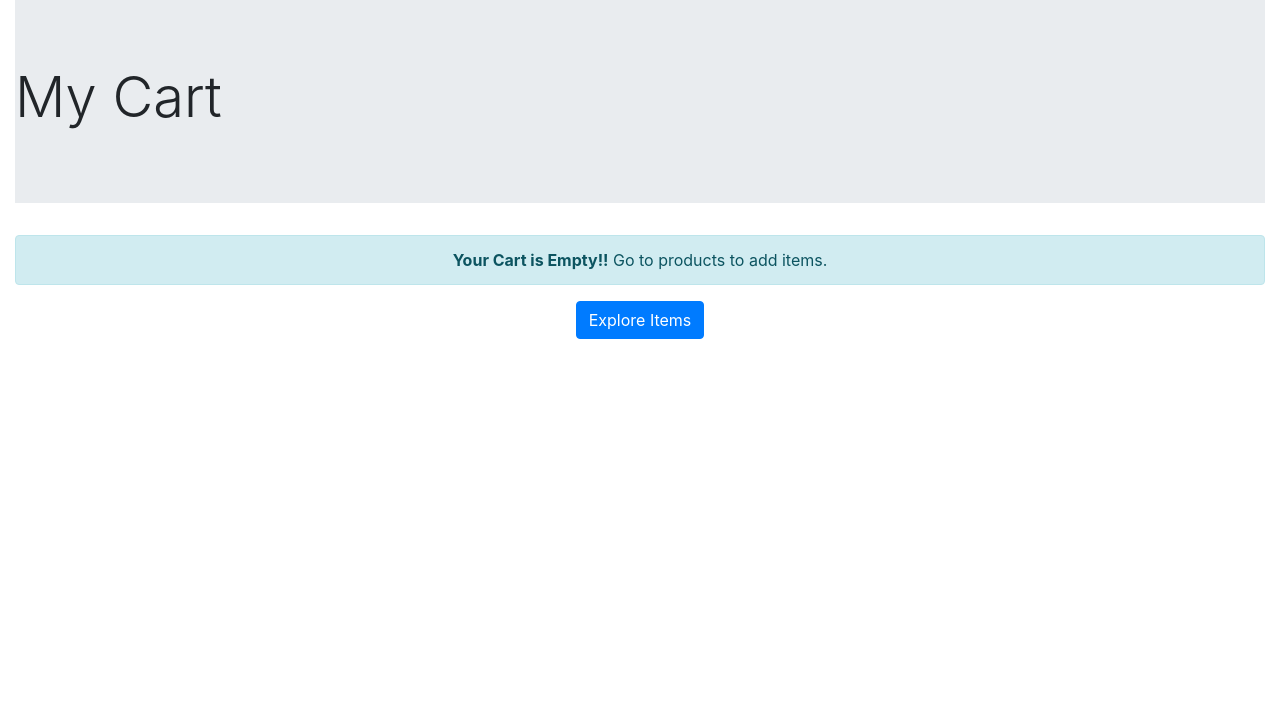
Repository: pravinsakthivel/ecommerce
Page: /cartIems
The author's editor kept a copy of each file at every save. The page is drawn from the files as they stood at one save, then again after the next save.
The browser window is 1280 px wide. The pictures show the whole page.
The project was rebuilt for these pictures with package versions that can differ from the ones it lists, and the page was loaded fresh each time. Also part of the build but not shown: src/components/ProductItem.vue, src/components/UI/ShoppingCartIcon.vue, src/components/UI/NavigationBar.vue, src/components/UI/SearchBar.vue, src/components/UI/ProductDescriptionModal.vue, src/components/ProductList.vue, src/components/PayPalComponent.vue, src/components/PaymentDetails.vue and 4 more.

Above is the page before, as saved 2021-04-10 15:16:34.

After the next save:
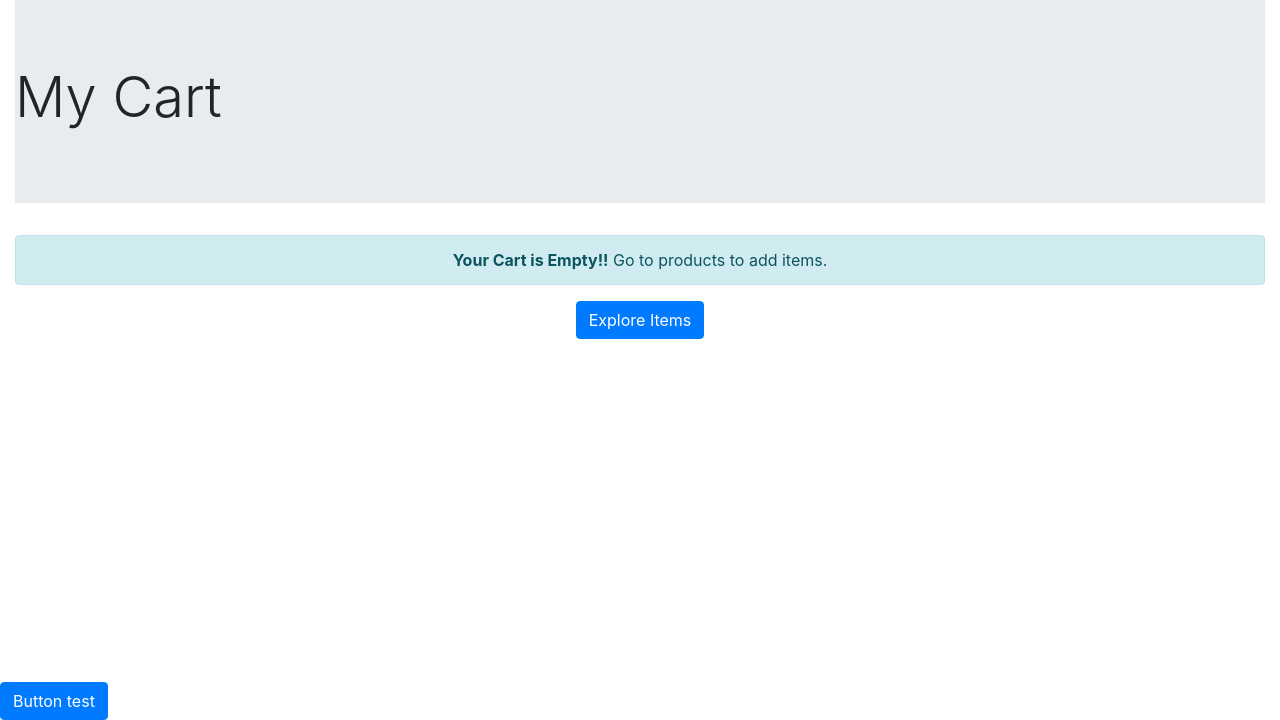
Saved 5 min 49 s later.
--- a/src/components/CartList.vue
+++ b/src/components/CartList.vue
@@ -45,12 +45,16 @@
     <form v-else class="text-center">
       <payment-details></payment-details>
     </form>
+    <div class="fixed-bottom">
+<base-button>Button test</base-button>
+    </div>
   </div>
 </template>
 <script>
 import PaymentDetails from "./PaymentDetails.vue";
+import BaseButton from './UI/BaseButton.vue';
 export default {
-  components: { PaymentDetails },
+  components: { PaymentDetails, BaseButton },
   data() {
     return {
       quantity: 1,
